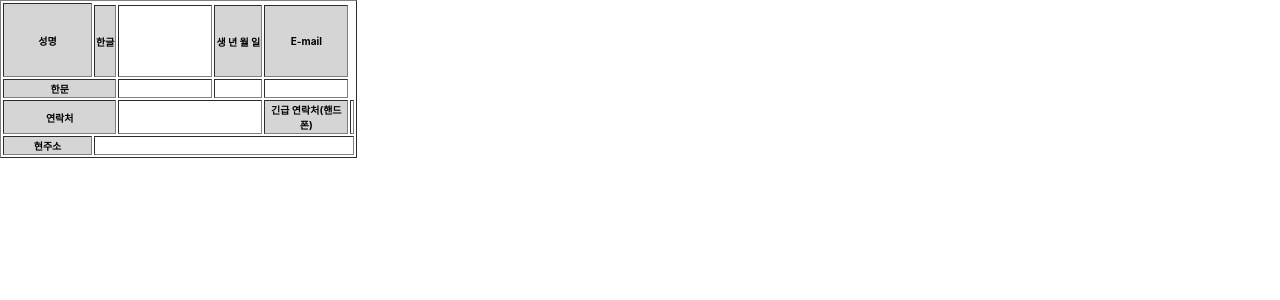
Repository: jiyeonyun/Resume
Page: / (app in resumes/)
The author's editor kept a copy of each file at every save. The page is drawn from the files as they stood at one save, then again after the next save.
The browser window is 1280 px wide. The pictures show the whole page.
The project was rebuilt for these pictures with package versions that can differ from the ones it lists, and the page was loaded fresh each time. Also part of the build but not shown: resumes/src/data/edudata.js, resumes/src/components/educationalHIstory/educational.jsx, resumes/src/components/footer/footer.jsx.

Above is the page before, as saved 2022-05-25 15:27:07.

After the next save:
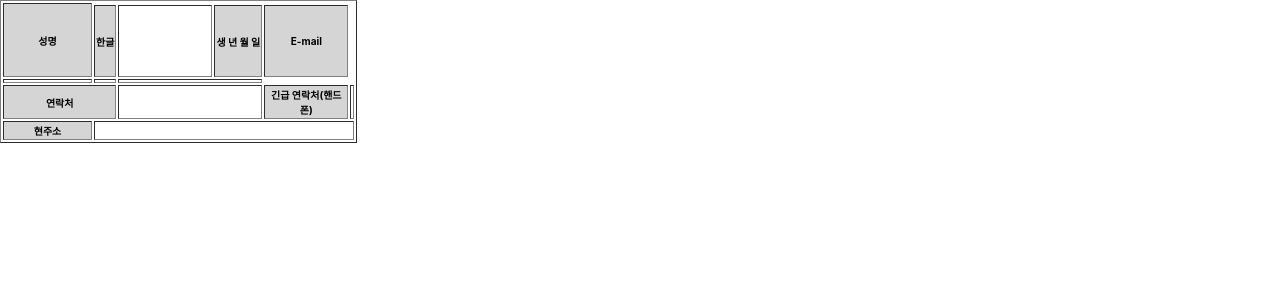
Saved 14 s later.
--- a/resumes/src/components/personalInfo/personalInfo.jsx
+++ b/resumes/src/components/personalInfo/personalInfo.jsx
@@ -18,9 +18,6 @@ const PersonalInfo = ({ personalInfoData }) => {
       </tr>
 
       <tr>
-        <th colSpan="2" bgcolor="D5D5D5">
-          한문
-        </th>
         <td></td>
         <td></td>
         <td colSpan="2"></td>
